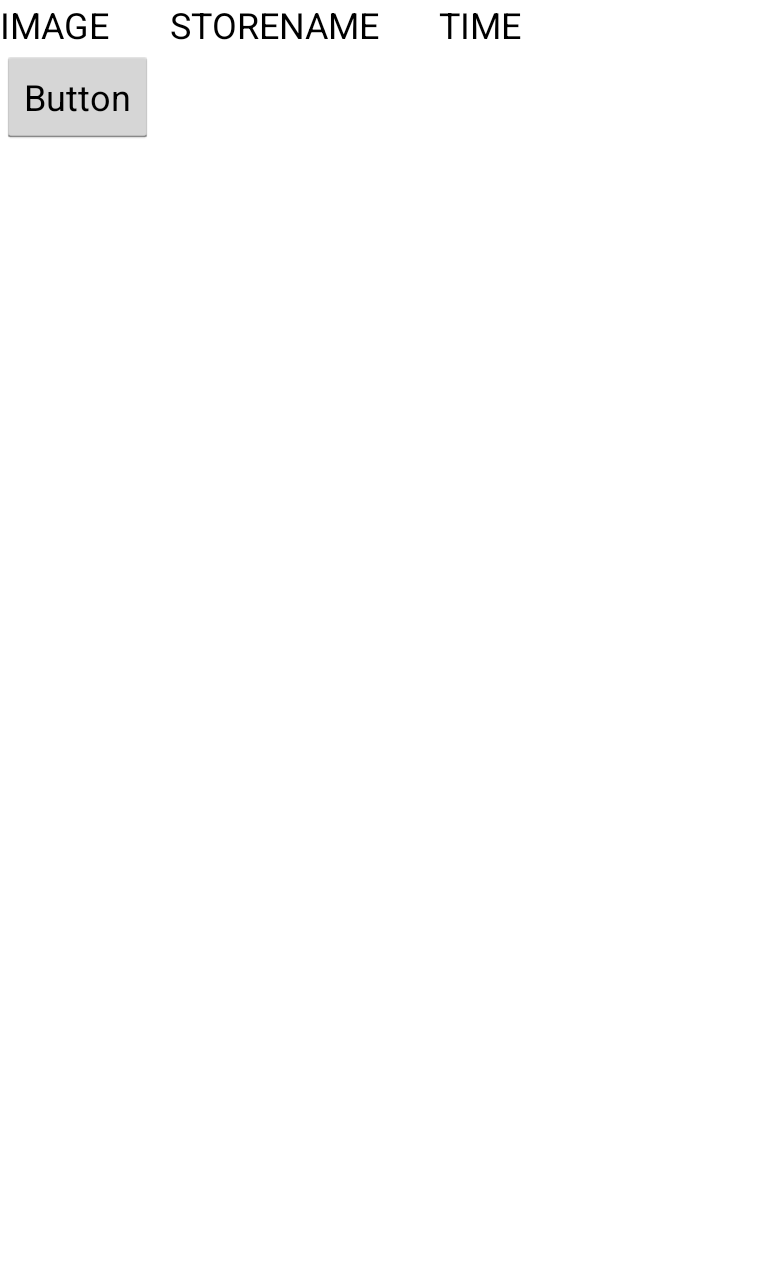
Repository: dev-sean/kosta
Layout: Wooriyo/wooriyo_and/wooriyo_and/res/layout/store_column.xml
These files come from the project's save history. The layout is drawn as it stood at one moment and after the next save; the edit follows.
It is drawn on a 768 x 1280 px phone screen (xhdpi) without system bars, with theme AppTheme; the app's code is not run.

Above is the layout before, as saved 2014-10-25 02:04:41.

After the next save:
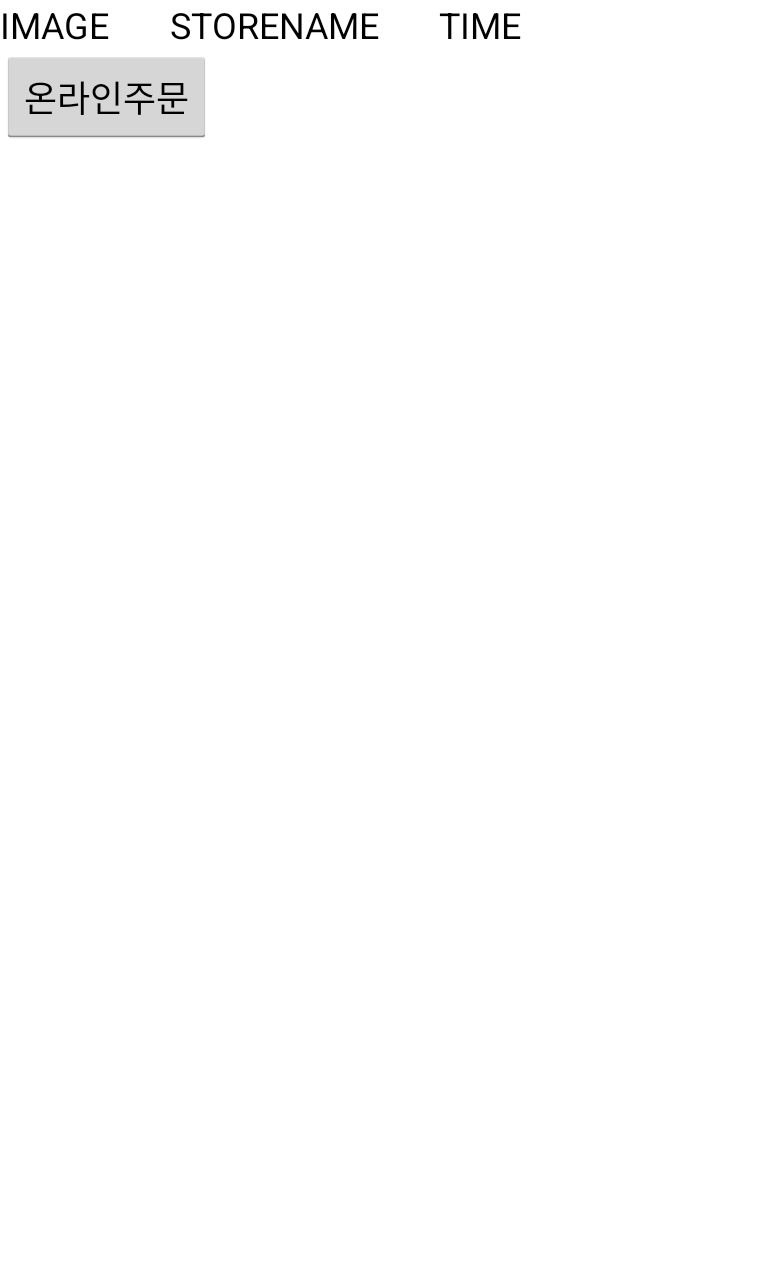
Saved 38 s later.
--- a/Wooriyo/wooriyo_and/wooriyo_and/res/layout/store_column.xml
+++ b/Wooriyo/wooriyo_and/wooriyo_and/res/layout/store_column.xml
@@ -36,6 +36,6 @@
         android:id="@+id/menu_btn"
         android:layout_width="wrap_content"
         android:layout_height="wrap_content"
-        android:text="Button" />
+        android:text="온라인주문" />
 
 </LinearLayout>
